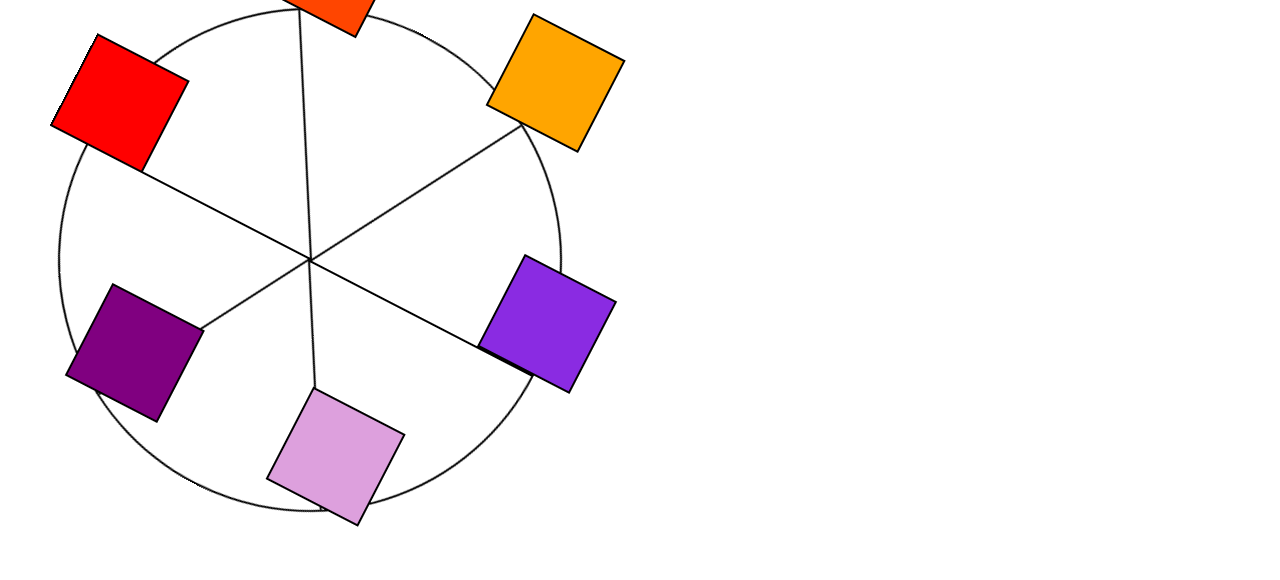
Repository: Lungdjos/ferris_wheel
Page: index.html
An editor plug-in stored every save of this project. The page is shown before and after the next save, followed by the edit.
The browser window is 1280 px wide. The pictures show the whole page.

Above is the page before, as saved 2024-01-11 09:46:14.

After the next save:
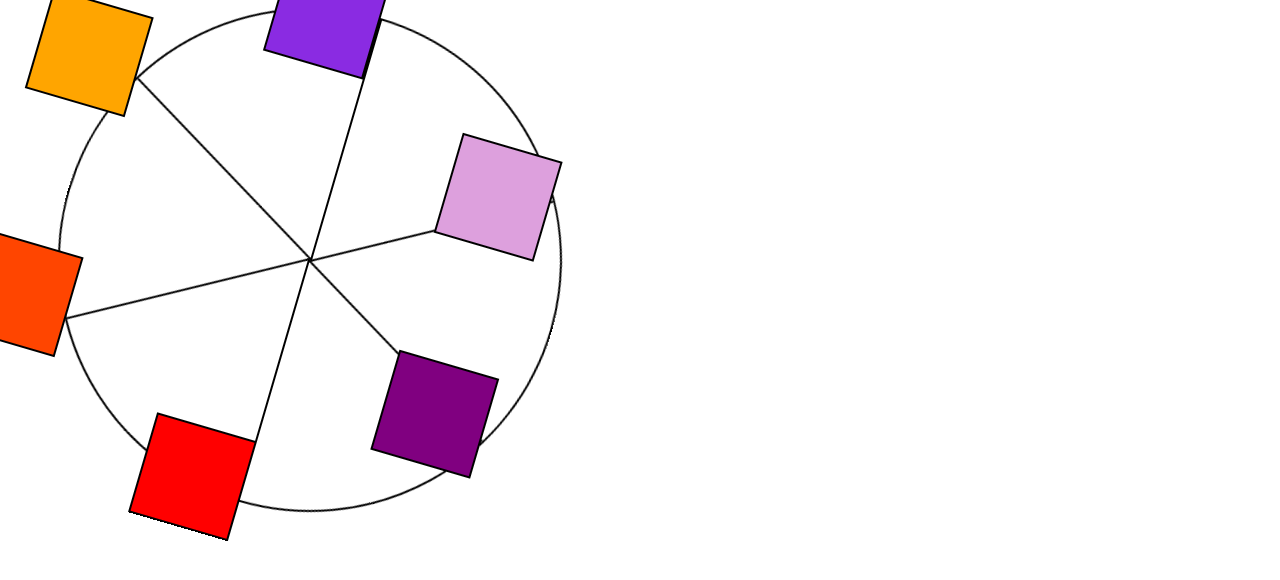
Saved 34 s later.
--- a/styles.css
+++ b/styles.css
@@ -10,7 +10,7 @@
     max-width: 500px;
     max-height: 500px;
     animation-name: wheel;
-    animation-duration: 15s;
+    animation-duration: 25s;
 }
 
 
